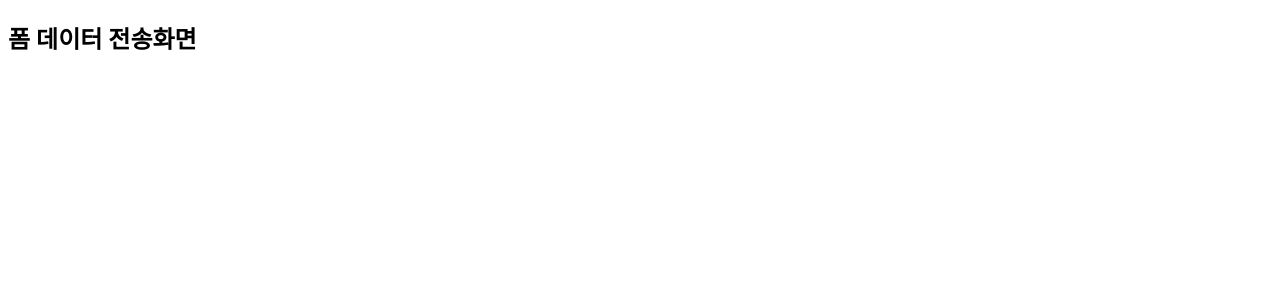
Repository: jihyeon00/java_web_sol
Page: http://localhost/jspweb_07/form_client.jsp
These files come from the project's save history. The page is drawn as it stood at one moment and after the next save; the edit follows.
The browser window is 1280 px wide. The pictures show the whole page.
The page is served by Tomcat 9.

Above is the page before, as saved 2024-01-11 01:24:57.

### workspace_stsb/jspweb_07/src/main/webapp/form_client.jsp
<%@ page language="java" contentType="text/html; charset=UTF-8"
    pageEncoding="UTF-8"%>
<!DOCTYPE html>
<html>
<head>
<meta charset="UTF-8">
<title>Insert title here</title>
</head>
<body>
	<h2>폼 데이터 전송화면</h2>
</body>
</html>

After the next save:
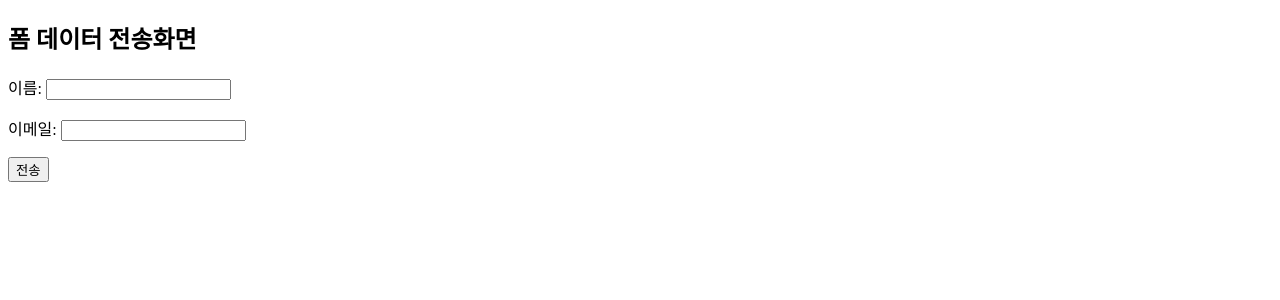
Saved 3 s later.
--- a/workspace_stsb/jspweb_07/src/main/webapp/form_client.jsp
+++ b/workspace_stsb/jspweb_07/src/main/webapp/form_client.jsp
@@ -8,5 +8,25 @@
 </head>
 <body>
 	<h2>폼 데이터 전송화면</h2>
+
+	<!-- get 은 파라미터 name과 email의 값을 보낼 경우 사용한다.-->
+	<form action="pro_server.jsp" method="get">
+		<p>
+			<label>이름: </label>
+			<input type="text" name="name">
+		</p>
+
+		<p>
+			<label>이메일: </label>
+			<input type="text" name="email">
+		</p>
+
+		<p>
+			<input type="submit" value="전송">
+		</p>
+
+
+
+	</form>
 </body>
 </html>
